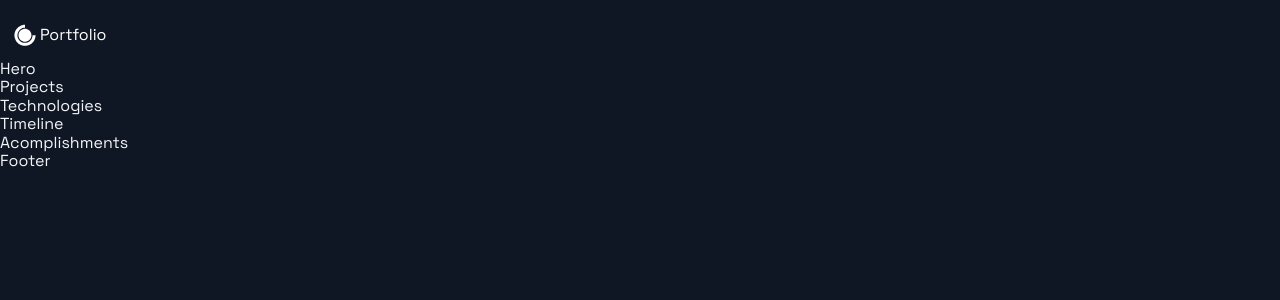
Repository: remydev47/portfolio2.0
Page: /
An editor plug-in stored every save of this project. The page is shown before and after the next save, followed by the edit.
The browser window is 1280 px wide. The pictures show the whole page.
The project was rebuilt for these pictures with package versions that can differ from the ones it lists, and the page was loaded fresh each time. The framework's server and built-in components were replaced by stand-ins that run in the browser. Also part of the build but not shown: next.config.js, src/components/BackgrooundAnimation/BackgroundAnimation.js, src/styles/GlobalComponents/Button.js. Imported but missing from the stored project, and not drawn on this page: src/constants/constants.

Above is the page before, as saved 2022-04-28 20:24:32.

After the next save:
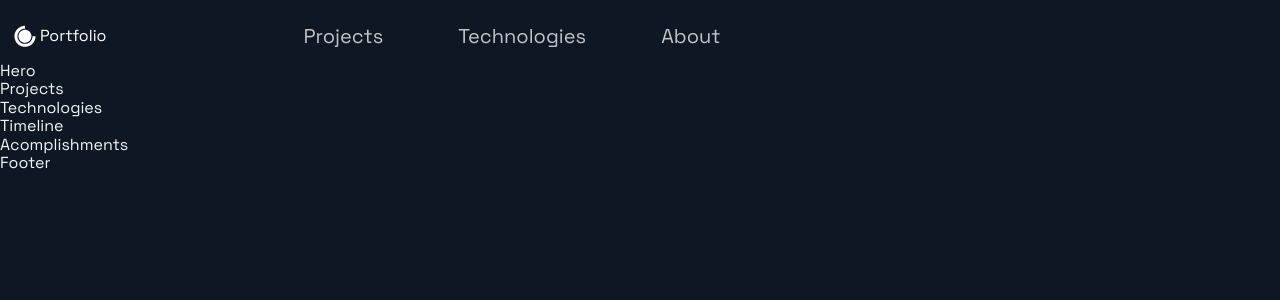
Saved 4 min 36 s later.
--- a/src/components/Header/Header.js
+++ b/src/components/Header/Header.js
@@ -14,6 +14,23 @@ const Header = () =>  (
         </a>
       </Link>
     </Div1>
+    <Div2>
+      <l1>
+        <Link href="#projects">
+          <NavLink>Projects</NavLink>
+        </Link>
+      </l1>
+      <l1>
+        <Link href="#tech">
+          <NavLink>Technologies</NavLink>
+        </Link>
+      </l1>
+      <l1>
+        <Link href="#about">
+          <NavLink>About</NavLink>
+        </Link>
+      </l1>
+    </Div2>
   </Container>
 );
 
